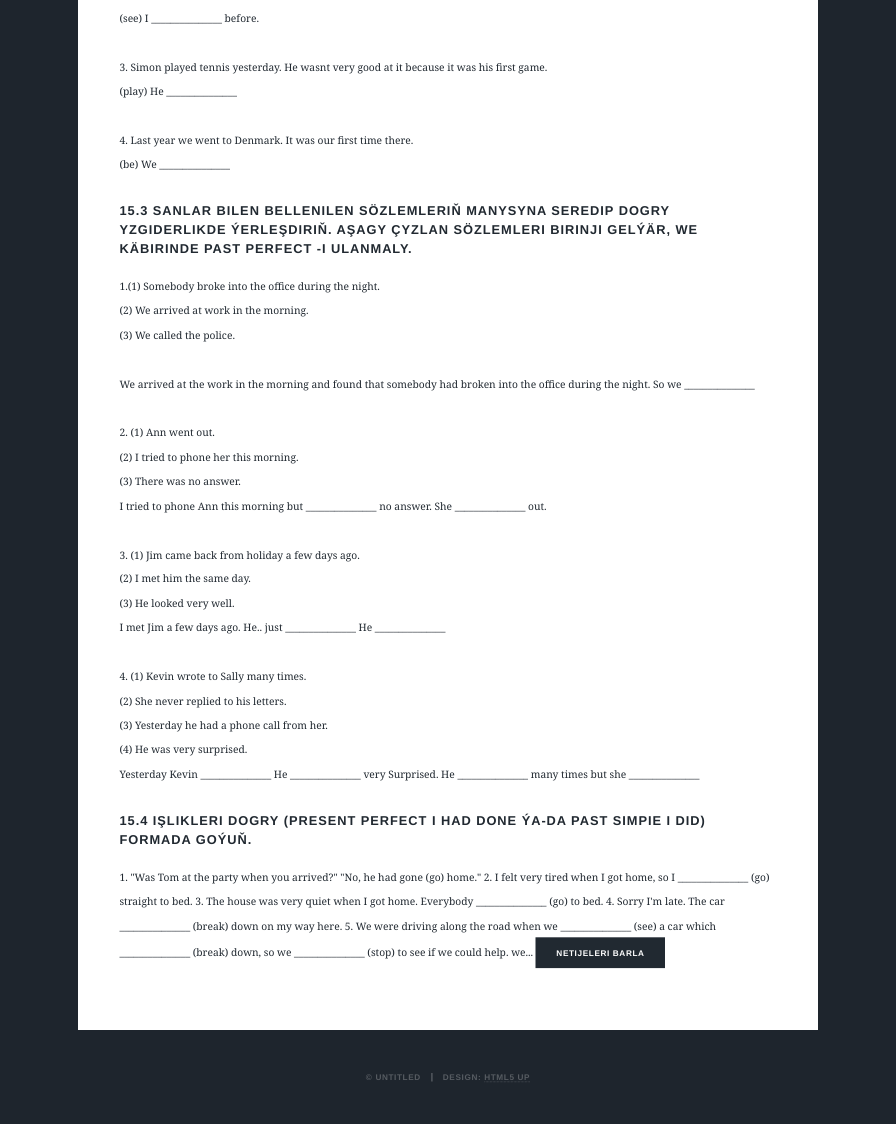
Repository: Sahet-dev/English-grammar-app
Page: test/test_unit _15.html
These files come from the project's save history. The page is drawn as it stood at one moment and after the next save; the edit follows.
The browser window is 1280 px wide. The pictures show the part of the page from y = 1290 to 3210 px (the page is 2896 px tall before and 3210 px after), at 70% of full size.
Some web fonts or font styles are not loaded; a fallback is used.

Above is the page before, as saved 2022-06-24 16:21:36.

After the next save:
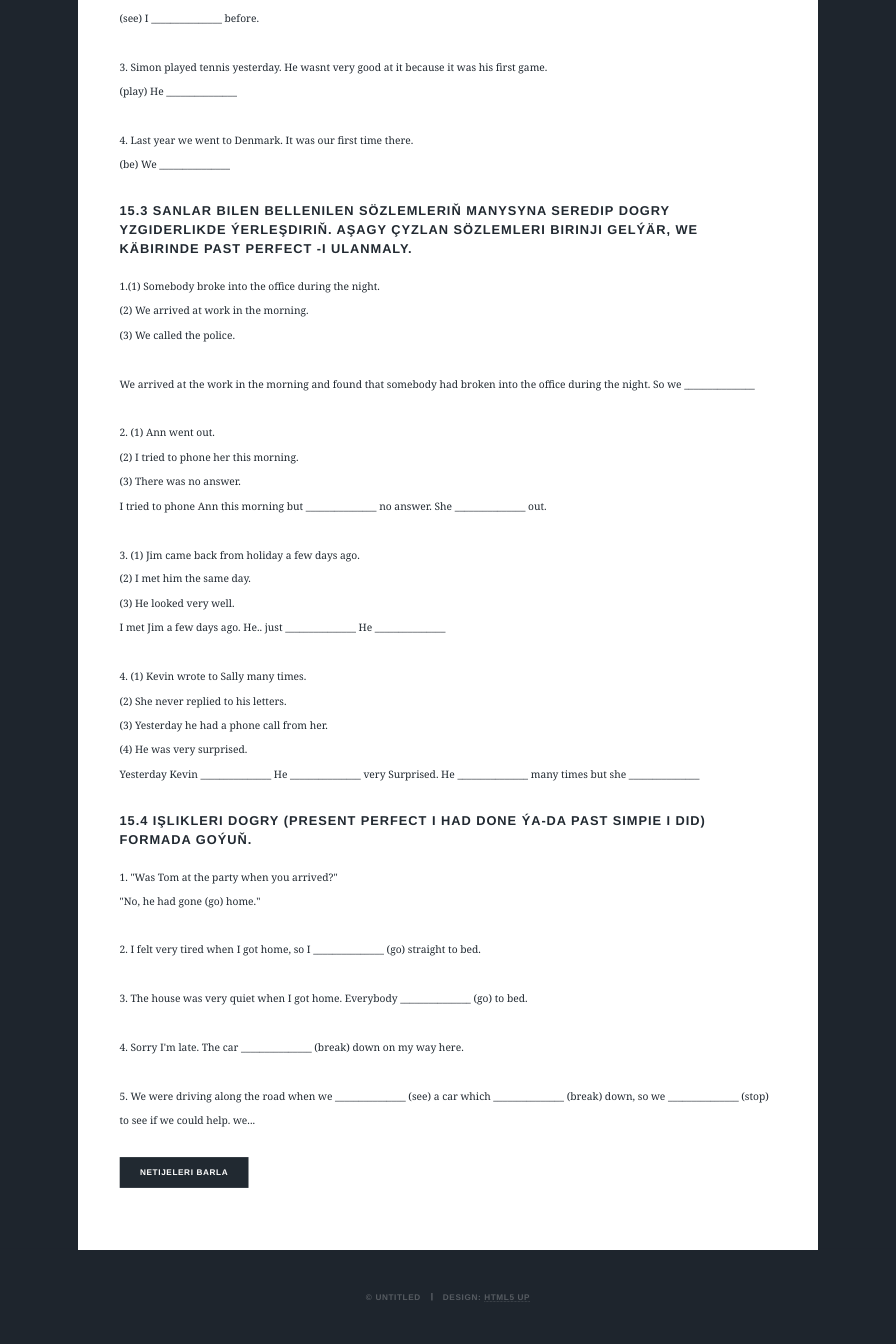
Saved 39 s later.
--- a/test/test_unit _15.html
+++ b/test/test_unit _15.html
@@ -139,27 +139,27 @@
 																Işlikleri dogry (present perfect I had done ýa-da
 																past Simpie I did) formada goýuň.
 															</h3>
-																1. "Was Tom at the party when you arrived?"
+																1. "Was Tom at the party when you arrived?"<br>
 																"No, he had gone (go) home."
-
+																<br><br>
 																2. I felt very tired when I got home, so I
 																_______________    (go) straight to bed.
 
-
+																<br><br>
 
 																3. The house was very quiet when I got home.
 																Everybody _______________    (go) to bed.
-
+																<br><br>
 																4. Sorry I'm late. The car  _______________    (break) down on
 																my way here.
-
+																<br><br>
 																5. We were driving along the road when
 																we _______________     (see) a car which _______________     (break) down,
 																so we _______________     (stop) to see if we could help.
 
 																we...
 
-
+																<br><br>
 
 											        <button class="button primary" type="submit">Netijeleri barla</button>
 										</form>
